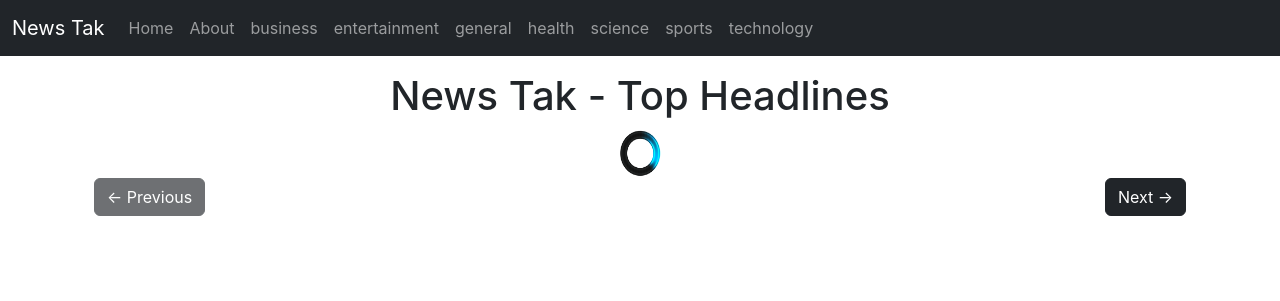
Repository: Rohit-foryou/News-website
Page: /entertainment
These files come from the project's save history. The page is drawn as it stood at one moment and after the next save; the edit follows.
The browser window is 1280 px wide. The pictures show the whole page.
The page's requests for data from a server got no answer. The project was rebuilt for these pictures with package versions that can differ from the ones it lists, and the page was loaded fresh each time. No one was signed in, and anything a server would have sent is missing. Also part of the build but not shown: src/Components/NewsItem.js.

Above is the page before, as saved 2024-01-10 21:08:58.

After the next save:
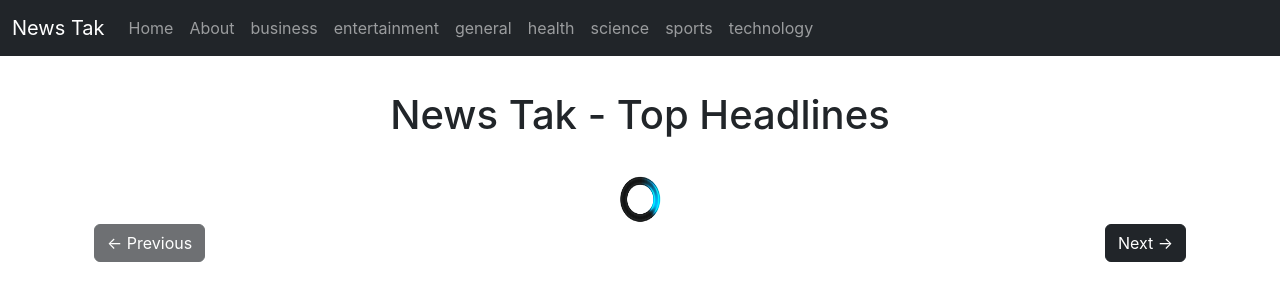
Saved 4 min 56 s later.
--- a/src/Components/News.js
+++ b/src/Components/News.js
@@ -1,8 +1,23 @@
 import React, { Component } from "react";
 import NewsItem from "./NewsItem";
 import Spinner from "./Spinner";
+import PropTypes from 'prop-types'
+
 
 export class News extends Component {
+
+  static defaultProps = {
+    country: 'in',
+    pageSize: 8,
+    category: 'general',
+  }
+
+  static propTypes = {
+    country: PropTypes.string,
+    pageSize: PropTypes.number,
+    category: PropTypes.string,
+  }
+
   constructor() {
     super();
     // console.log("hello i am constructor");
@@ -15,7 +30,7 @@ export class News extends Component {
 
   async componentDidMount() {
     let url =
-      `https://newsapi.org/v2/top-headlines?country=in&apiKey=fa3dbec13bb44cd2a222250b4aea8871&page=1&pageSize=${this.props.pageSize}`;
+      `https://newsapi.org/v2/top-headlines?country=${this.props.country}&apiKey=fa3dbec13bb44cd2a222250b4aea8871&page=1&pageSize=${this.props.pageSize}`;
       this.setState({loading: true});
     let data = await fetch(url);
     let parsedData = await data.json();
@@ -26,7 +41,7 @@ export class News extends Component {
 
   handleNextClick = async () => {
     if(!(this.state.page + 1 >Math.ceil(this.state.totalResults/this.props.pageSize))){
-        let url = `https://newsapi.org/v2/top-headlines?country=in&apiKey=fa3dbec13bb44cd2a222250b4aea8871&page=${this.state.page + 1}&pageSize=${this.props.pageSize}`;
+        let url = `https://newsapi.org/v2/top-headlines?country=${this.props.country}&apiKey=fa3dbec13bb44cd2a222250b4aea8871&page=${this.state.page + 1}&pageSize=${this.props.pageSize}`;
 
         this.setState({loading: true});
         let data = await fetch(url);
@@ -44,7 +59,7 @@ export class News extends Component {
 
 
   handlePrevClick = async () => {
-    let url = `https://newsapi.org/v2/top-headlines?country=in&apiKey=fa3dbec13bb44cd2a222250b4aea8871&page=${this.state.page - 1}&pageSize=${this.props.pageSize}`;
+    let url = `https://newsapi.org/v2/top-headlines?country=${this.props.country}&apiKey=fa3dbec13bb44cd2a222250b4aea8871&page=${this.state.page - 1}&pageSize=${this.props.pageSize}`;
 
       this.setState({loading: true});
       let data = await fetch(url);
@@ -62,7 +77,7 @@ export class News extends Component {
   render() {
     return (
       <div className="container my-3">
-        <h1 className="text-center">News Tak - Top Headlines</h1>
+        <h1 className="text-center" style={{margin: '35px 0px'}}>News Tak - Top Headlines</h1>
         {this.state.loading && <Spinner/>}
 
         <div className="row">
